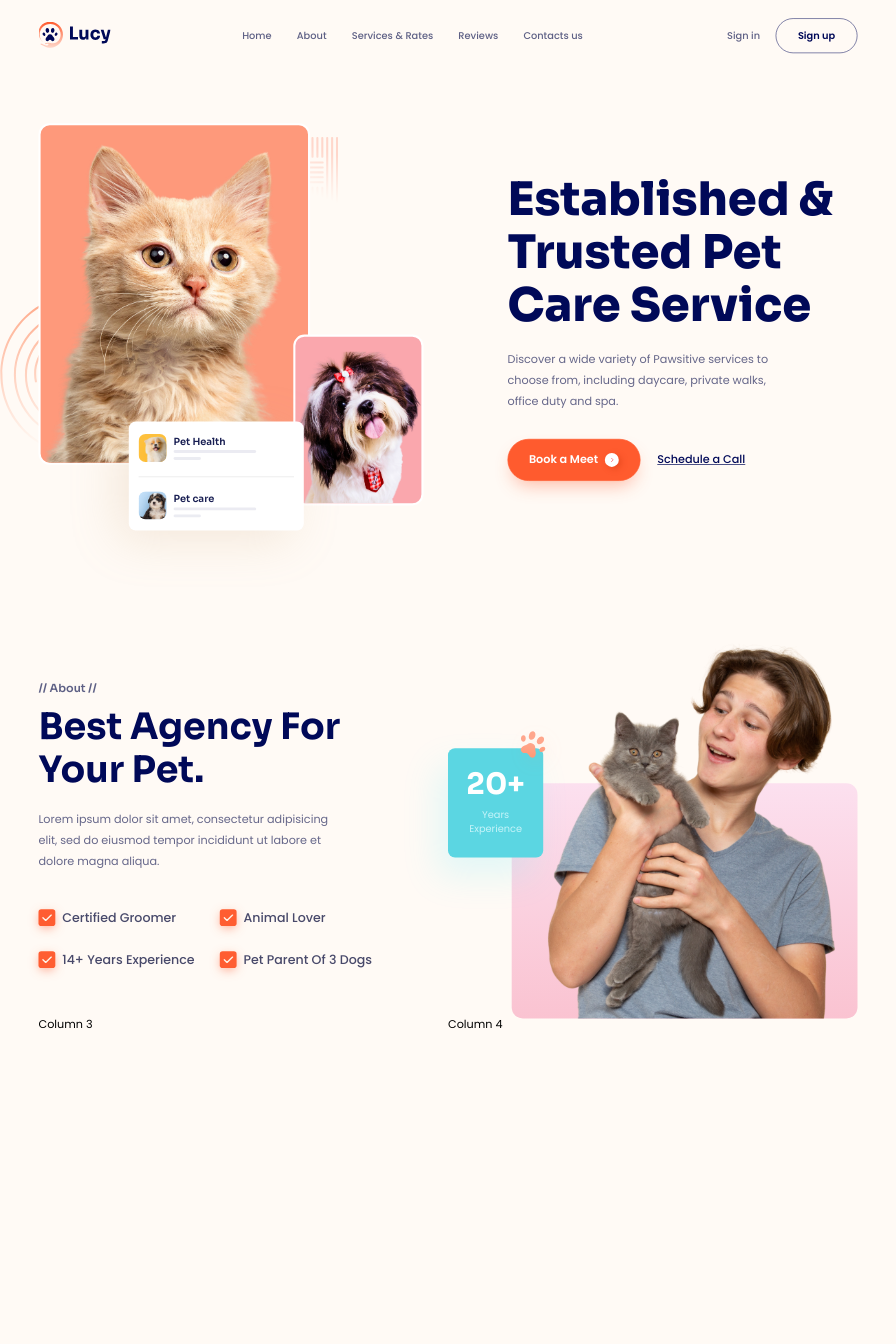
Repository: empty24062002/f8-project-05
Page: index.html
These files come from the project's save history. The page is drawn as it stood at one moment and after the next save; the edit follows.
The browser window is 1280 px wide. The pictures show the part of the page from y = 0 to 1920 px (the page is 10896 px tall), at 70% of full size.

Above is the page before, as saved 2023-09-11 10:29:01.

After the next save:
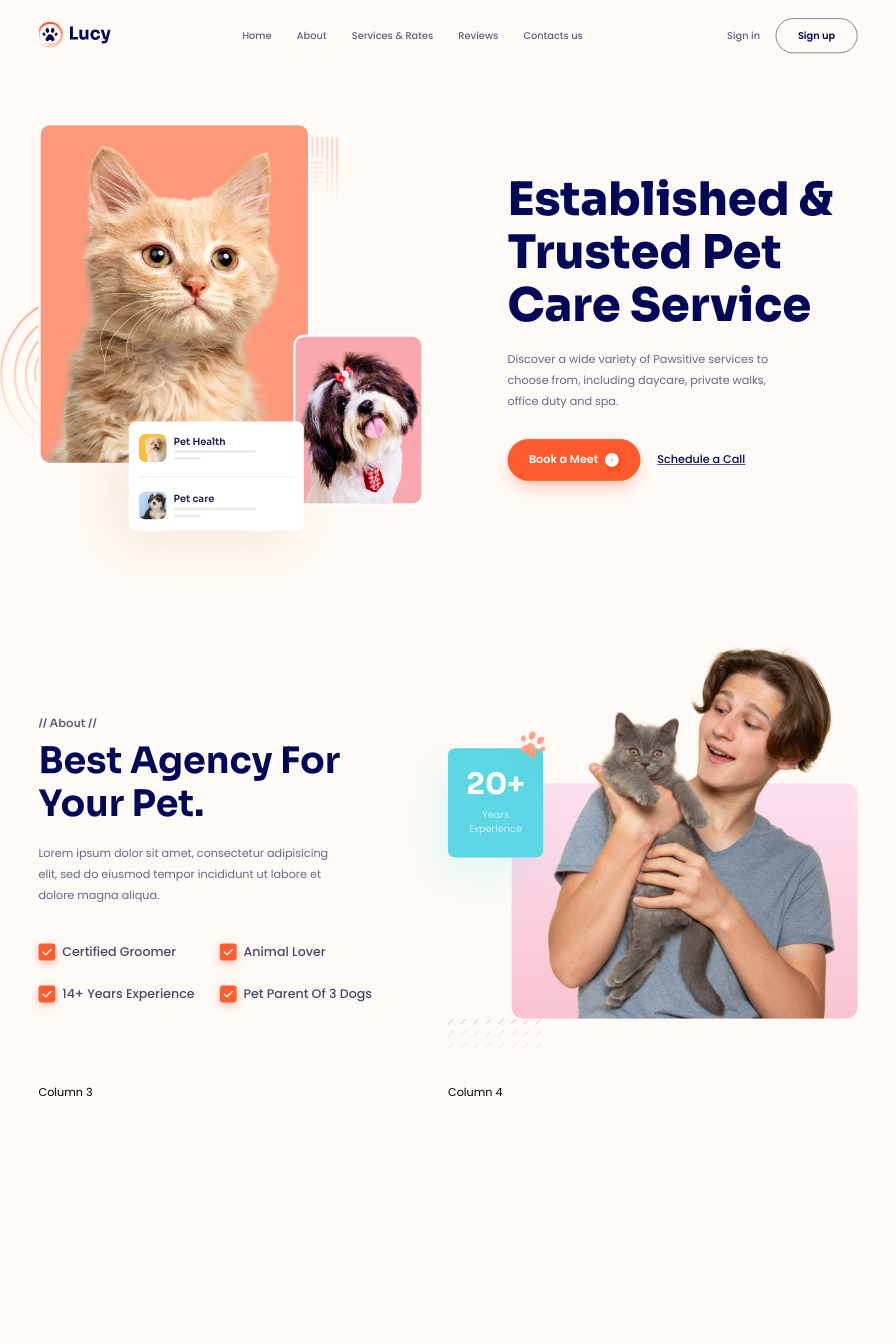
Saved 74 s later.
--- a/index.html
+++ b/index.html
@@ -299,6 +299,11 @@
                                     class="about__img"
                                 />
                             </figure>
+                            <img
+                                src="./assets/img/about-decor2.svg"
+                                alt=""
+                                class="about__media-decor"
+                            />
                         </div>
                         <div class="about__media">Column 3</div>
                         <section class="about__content">Column 4</section>

After the save that followed:
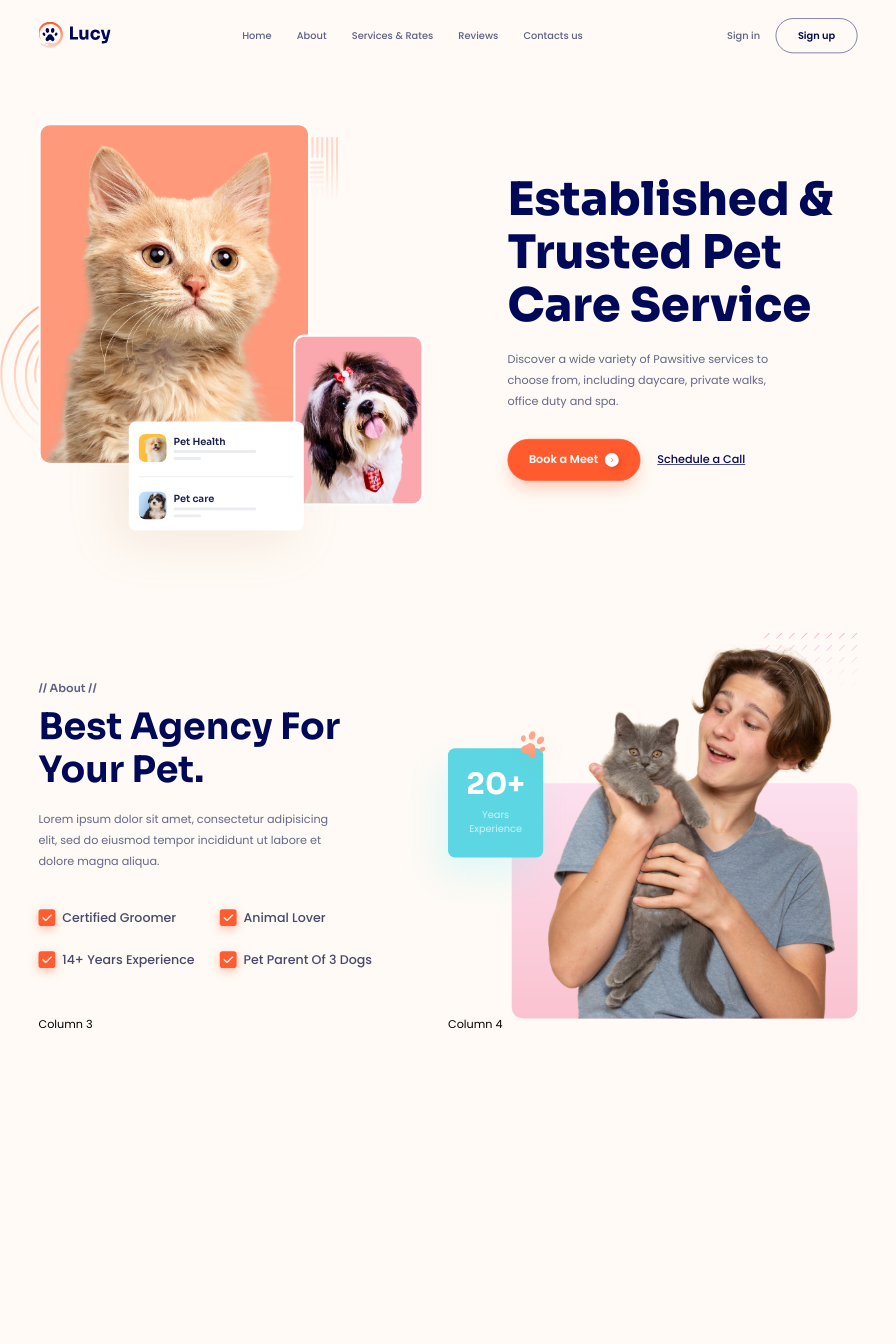
Saved 23 s later.
--- a/assets/css/styles.css
+++ b/assets/css/styles.css
@@ -415,3 +415,9 @@ a {
     margin: 0 auto;
     width: 450px;
 }
+
+.about__media-decor {
+    position: absolute;
+    top: 0;
+    right: 0;
+}
